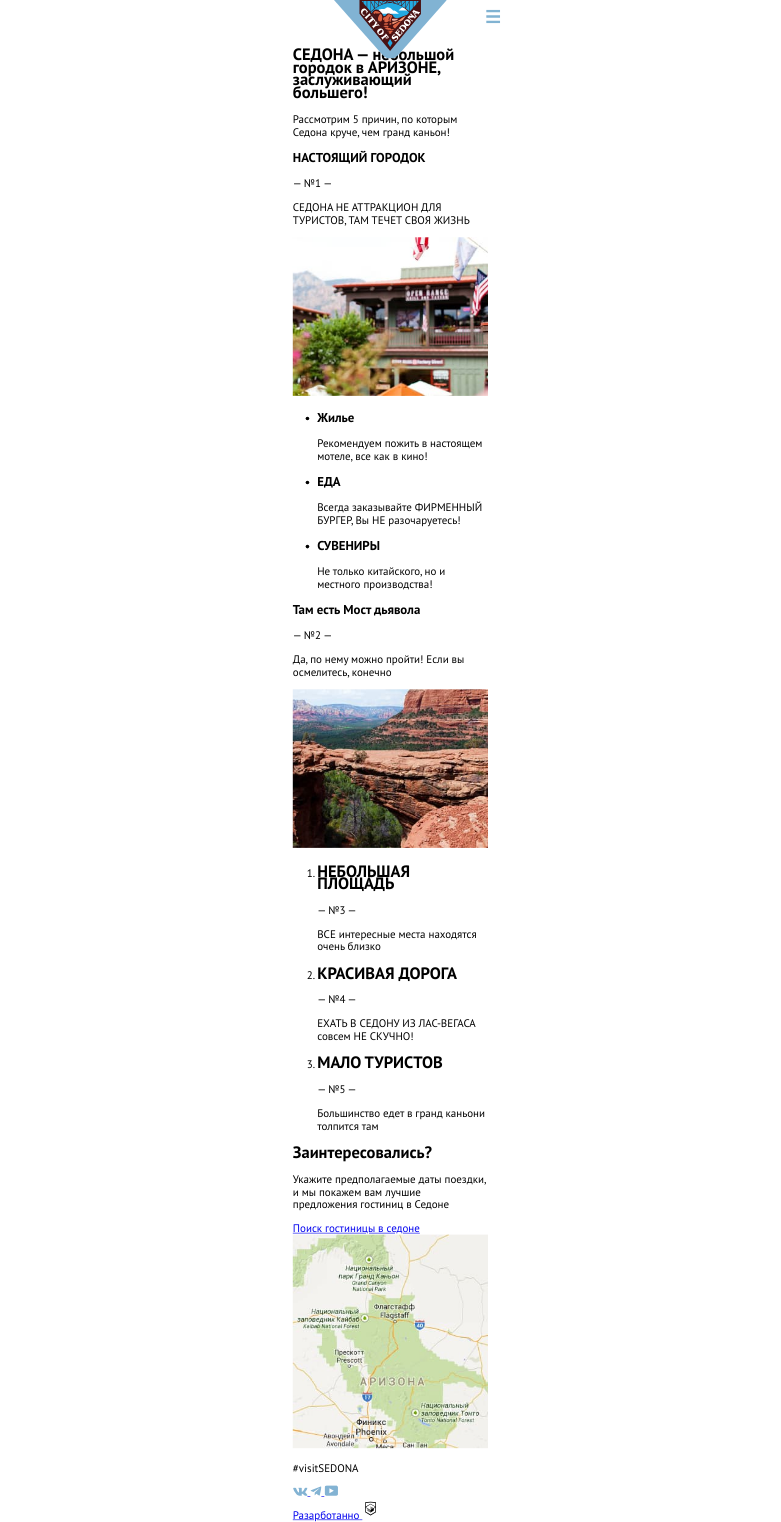
Repository: iKrekus/2149661-sedona-27
Page: source/index.html
The author's editor kept a copy of each file at every save. The page is drawn from the files as they stood at one save, then again after the next save.
The browser window is 1280 px wide. The pictures show the whole page, at 61% of full size.
The style sheet was rebuilt from its Sass, Less or Tailwind sources for each picture, by a compiler version that may differ from the author's.

Above is the page before, as saved 2022-12-02 20:16:26.

After the next save:
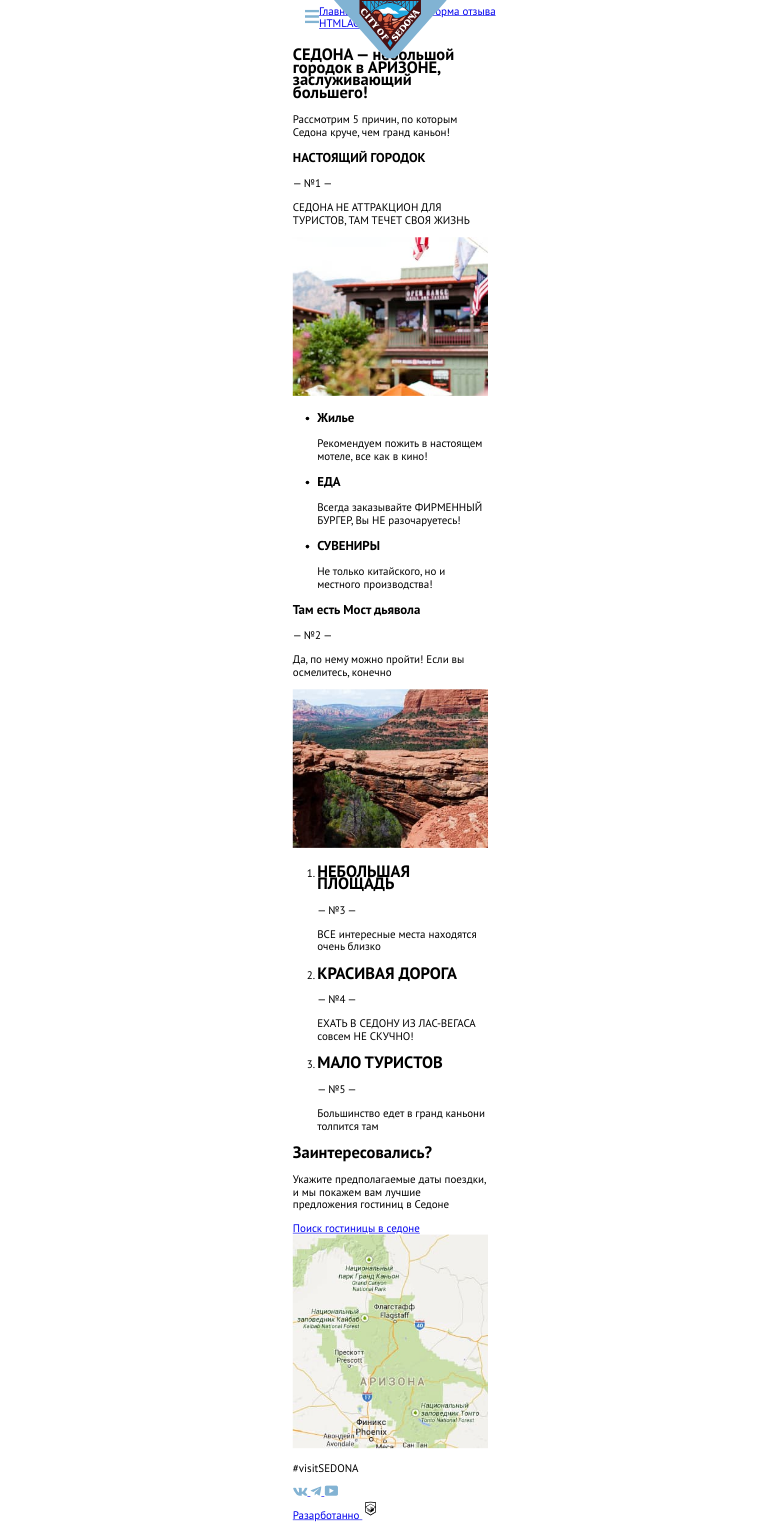
Saved 113 s later.
--- a/source/sass/blocks/header/main-nav.scss
+++ b/source/sass/blocks/header/main-nav.scss
@@ -7,10 +7,8 @@
   align-items: center;
 }
 
-.main-nav__wrapper {
-  &--hidden {
+.main-nav__wrapper--mobile {
     display: none;
-  }
 }
 
 .main-nav__toggle {

After the save that followed:
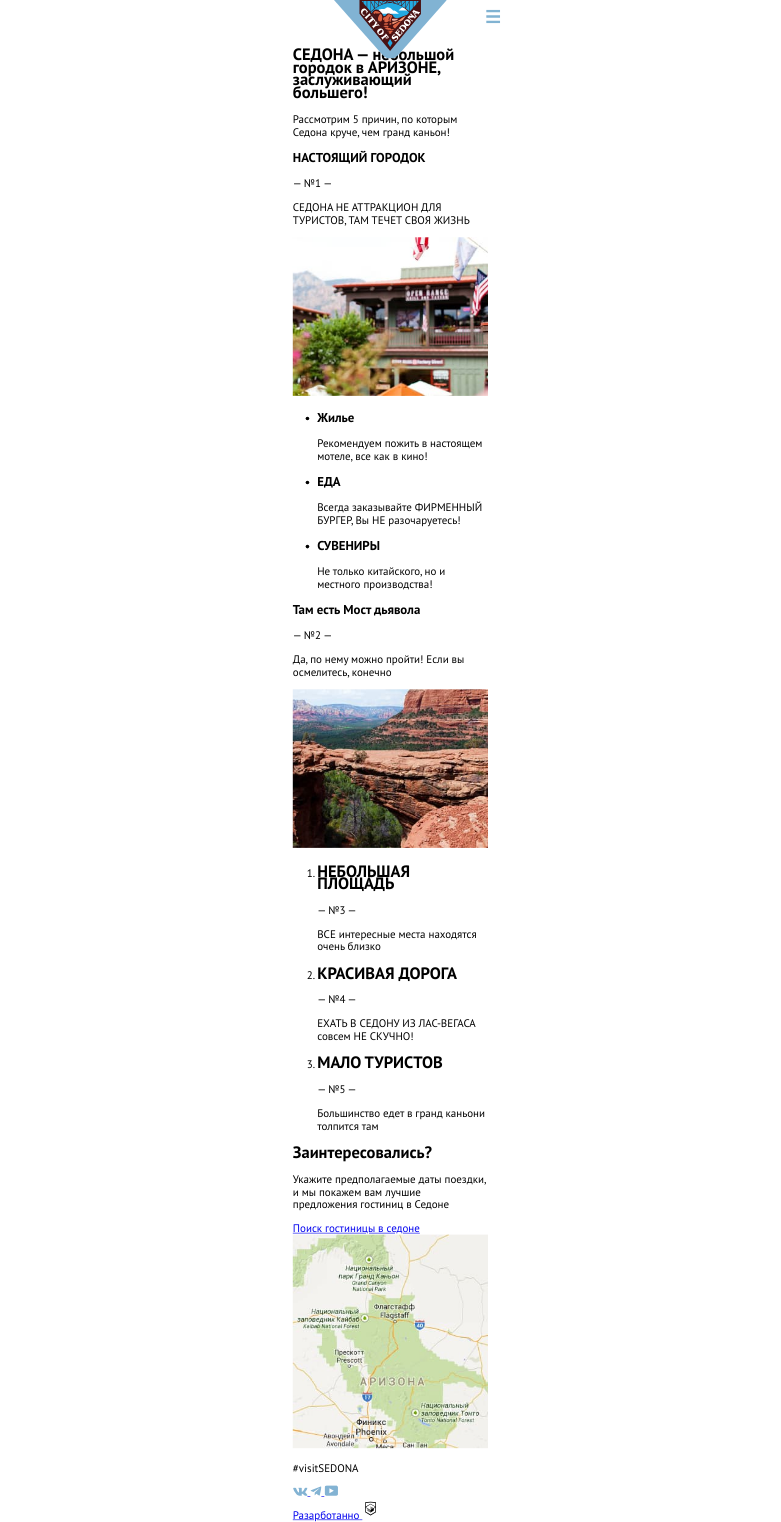
Saved 76 s later.
--- a/source/sass/blocks/header/main-nav.scss
+++ b/source/sass/blocks/header/main-nav.scss
@@ -7,8 +7,10 @@
   align-items: center;
 }
 
-.main-nav__wrapper--mobile {
+.main-nav__wrapper {
+  &--hidden {
     display: none;
+  }
 }
 
 .main-nav__toggle {
